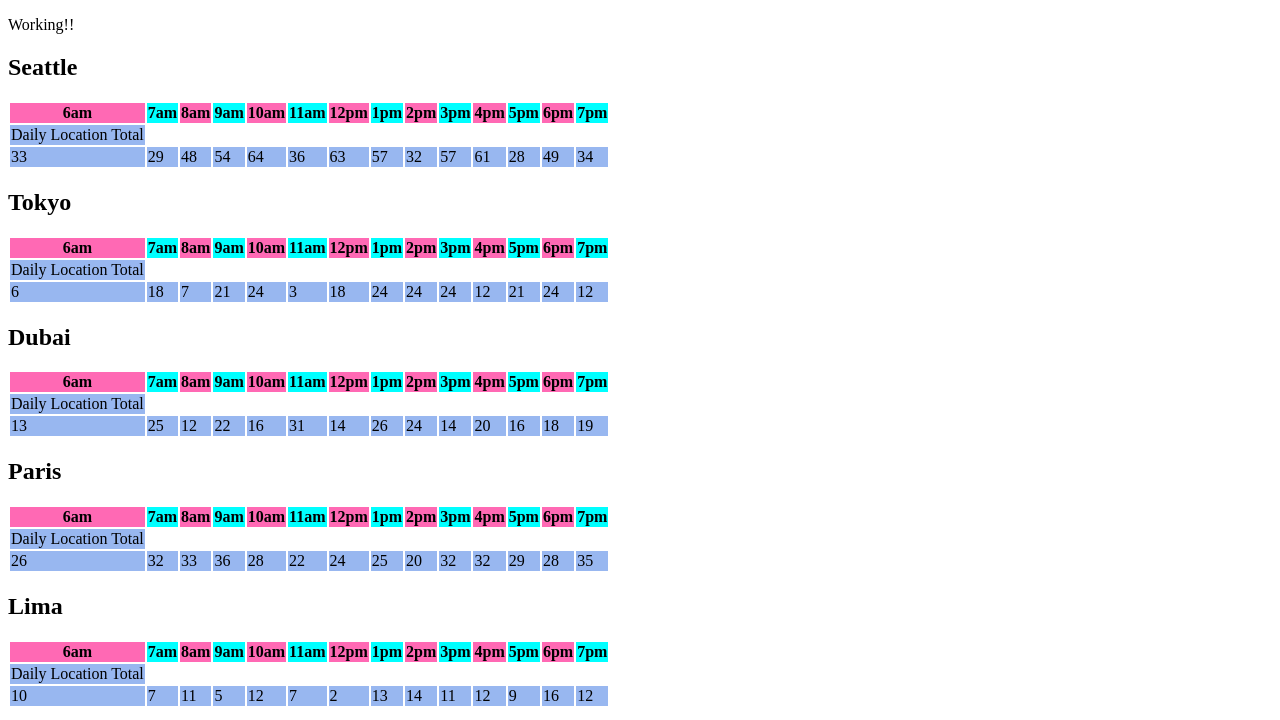
Repository: aaron1986/cookie_stand
Page: sales.html
These files come from the project's save history. The page is drawn as it stood at one moment and after the next save; the edit follows.
The browser window is 1280 px wide. The pictures show the whole page.

Above is the page before, as saved 2023-09-26 14:44:38.

After the next save:
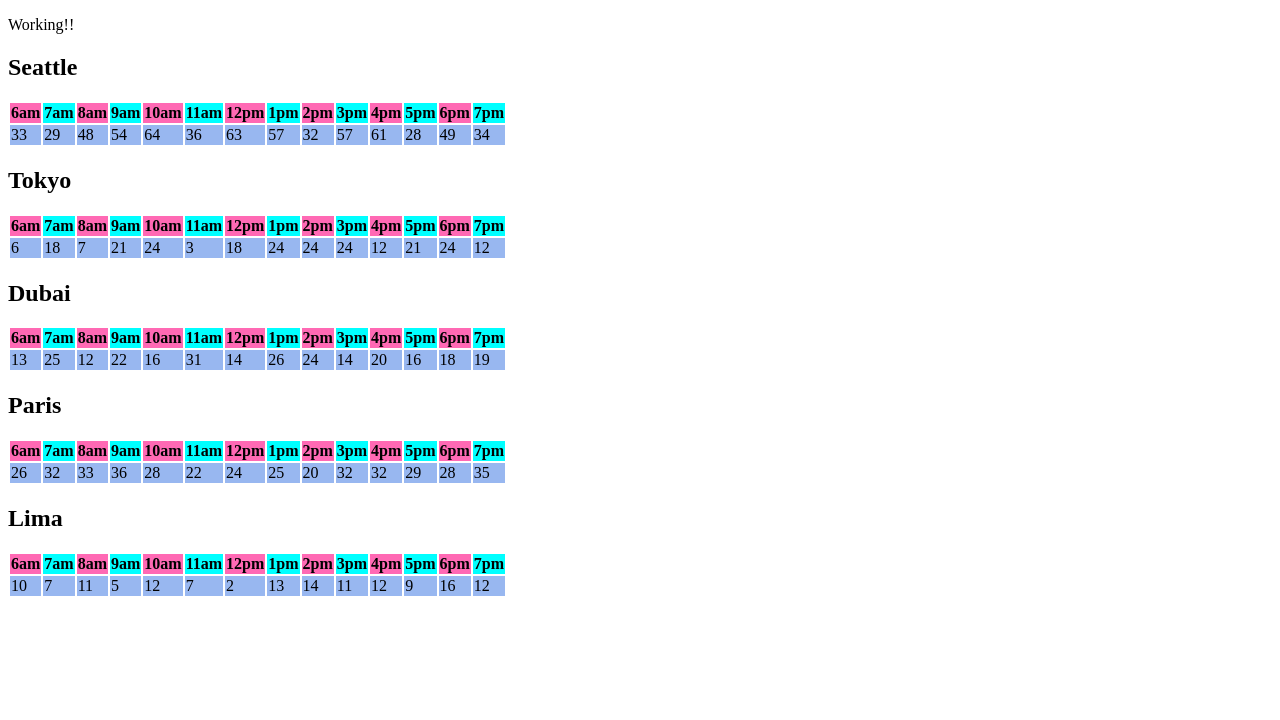
Saved 42 s later.
--- a/app.js
+++ b/app.js
@@ -78,35 +78,19 @@ function createShopLocation(locationData) {
         dataRow.appendChild(td);
     }
 
+        // Calculate the daily total for each hour
+        let sum = 0;
+        for(let i = 0; i < locationData.customersPerHour.length; i++) {
+            const row = locationData.customersPerHour[i];
 
-// Calculate and add "Daily Location Total" row
-const totalRow = document.createElement("tr");
-const totalCell = document.createElement("td");
-totalCell.textContent = "Daily Location Total";
-totalRow.appendChild(totalCell);
+            for(j = 0; j < row.length; j++) {
+                const cellValue = parseInt(row[j].textContent);
+                        sum += cellValue;
 
-// Calculate the daily total for each hour
-for (let i = 0; i < locationData.customersPerHour[0].length; i++) {
-    let dailyTotal = 0;
-    for (let j = 0; j < locationData.customersPerHour.length; j++) {
-        dailyTotal += locationData.customersPerHour[j][i];
-    }
-    const td = document.createElement("td");
-    td.textContent = `${dailyTotal} cookies`;
-    totalRow.appendChild(td);
-}
+            }
+        }
 
-// Append the total row to the table body
-tbody.appendChild(totalRow);
-
-// Append the table body to the table
-table.appendChild(tbody);
-
-// Append the table to the article
-article.appendChild(table);
-
-// Append the article to the shopLocationHtml element
-shopLocationHtml.appendChild(article);
+        console.log(sum);
 
 
 
